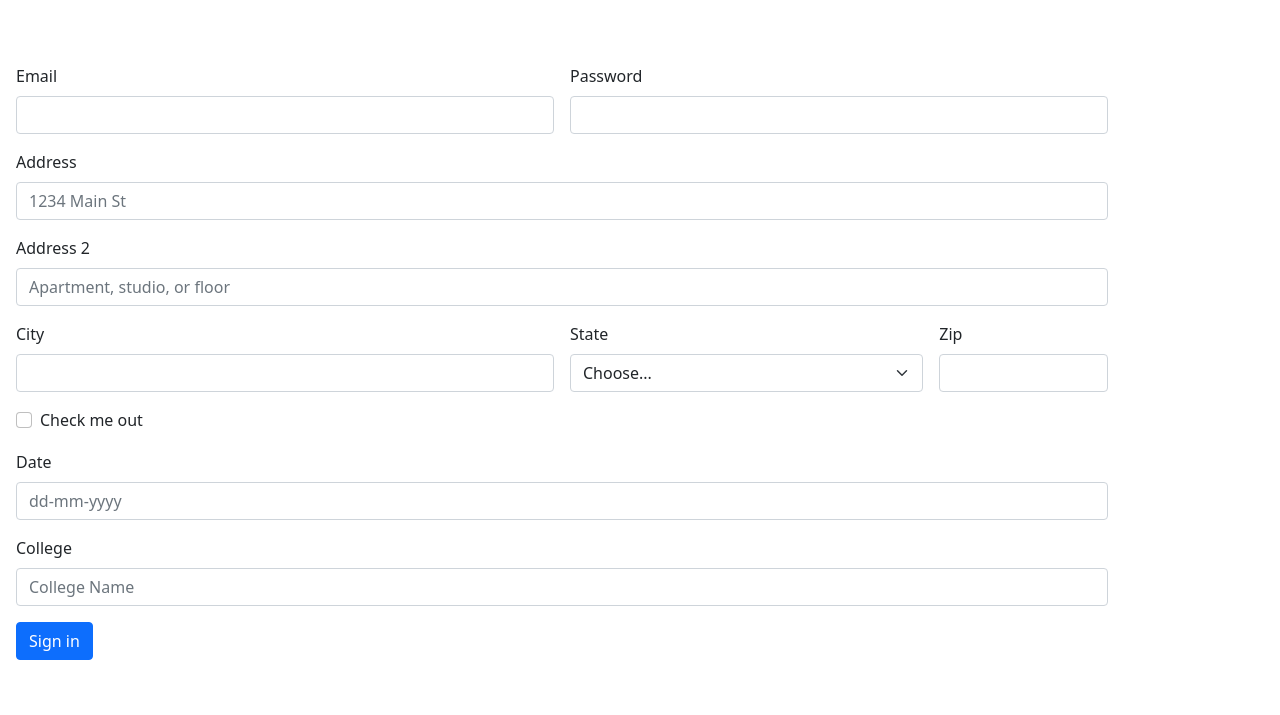
Repository: arbazkhanmadani/Spring-MVC-Work
Page: http://localhost/spring-mvc/WEB-INF/views/complexForm.jsp
These files come from the project's save history. The page is drawn as it stood at one moment and after a run of saves; the edit follows.
The browser window is 1280 px wide. The pictures show the whole page.
The page is served by Tomcat 9. Nobody is signed in. Other server files are loaded and not shown. The template is opened directly, without the code that normally fills it, so the values that code supplies are empty.

Above is the page before, as saved 2024-07-03 13:18:31.

### spring-mvc/src/main/webapp/WEB-INF/views/complexForm.jsp
<%@ page language="java" contentType="text/html; charset=ISO-8859-1"
    pageEncoding="ISO-8859-1"%>
<%@ taglib prefix="sform" uri="http://www.springframework.org/tags/form" %>

<!DOCTYPE html>
<html>
<head>
<meta charset="ISO-8859-1">
<title>Insert title here</title>
<link href="https://cdn.jsdelivr.net/npm/bootstrap@5.0.2/dist/css/bootstrap.min.css" rel="stylesheet">
<script src="https://cdn.jsdelivr.net/npm/bootstrap@5.0.2/dist/js/bootstrap.bundle.min.js"></script>
</head>
<body>

<%
	String s = request.getParameter("error");
	if(s!=null){
%>
<%= s %>
<%}%>

<form name="person" class="container row g-3 mt-5" action="complex-form-submit" method="post" >
  <div class="col-md-6">
    <label for="inputEmail4" class="form-label">Email</label>
    <input type="email" name="email" class="form-control" id="inputEmail4">
  </div>
  <div class="col-md-6">
    <label for="inputPassword4" class="form-label">Password</label>
    <input type="password" name="pass" class="form-control" id="inputPassword4">
  </div>
  <div class="col-12">
    <label for="inputAddress" class="form-label">Address</label>
    <input type="text" name="addr1" class="form-control" id="inputAddress" placeholder="1234 Main St">
  </div>
  <div class="col-12">
    <label for="inputAddress2" class="form-label">Address 2</label>
    <input type="text" name="addr2" class="form-control" id="inputAddress2" placeholder="Apartment, studio, or floor">
  </div>
  <div class="col-md-6">
    <label for="inputCity" class="form-label">City</label>
    <input type="text" name="city" class="form-control" id="inputCity">
  </div>
  <div class="col-md-4">
    <label for="inputState" class="form-label">State</label>
    <select id="inputState" name="state" class="form-select">
      <option selected>Choose...</option>
      <option>madhya pradesh</option>
      <option>uttar pradesh</option>
      <option>himachal pradesh</option>

    </select>
  </div>
  <div class="col-md-2">
    <label for="inputZip" class="form-label">Zip</label>
    <input type="text" name="zip" class="form-control" id="inputZip">
  </div>
  <div class="col-12">
    <div class="form-check">
      <input class="form-check-input" name="check" type="checkbox" id="gridCheck">
      <label class="form-check-label" for="gridCheck">
        Check me out
      </label>
    </div>
  </div>
   <div class="col-12">
    <label for="inputAddress2" class="form-label">Date</label>
    <input type="text" name="date" class="form-control" id="inputAddress2" placeholder="dd-mm-yyyy">
  </div>

  <div class="col-12">
    <label for="inputAddress2" class="form-label">College</label>
    <input type="text" name="college.collegeName" class="form-control" placeholder="College Name">
  </div>

  <div class="col-12">
    <button type="submit" class="btn btn-primary">Sign in</button>
  </div>
</form>
</body>
</html>

After the next 6 saves:
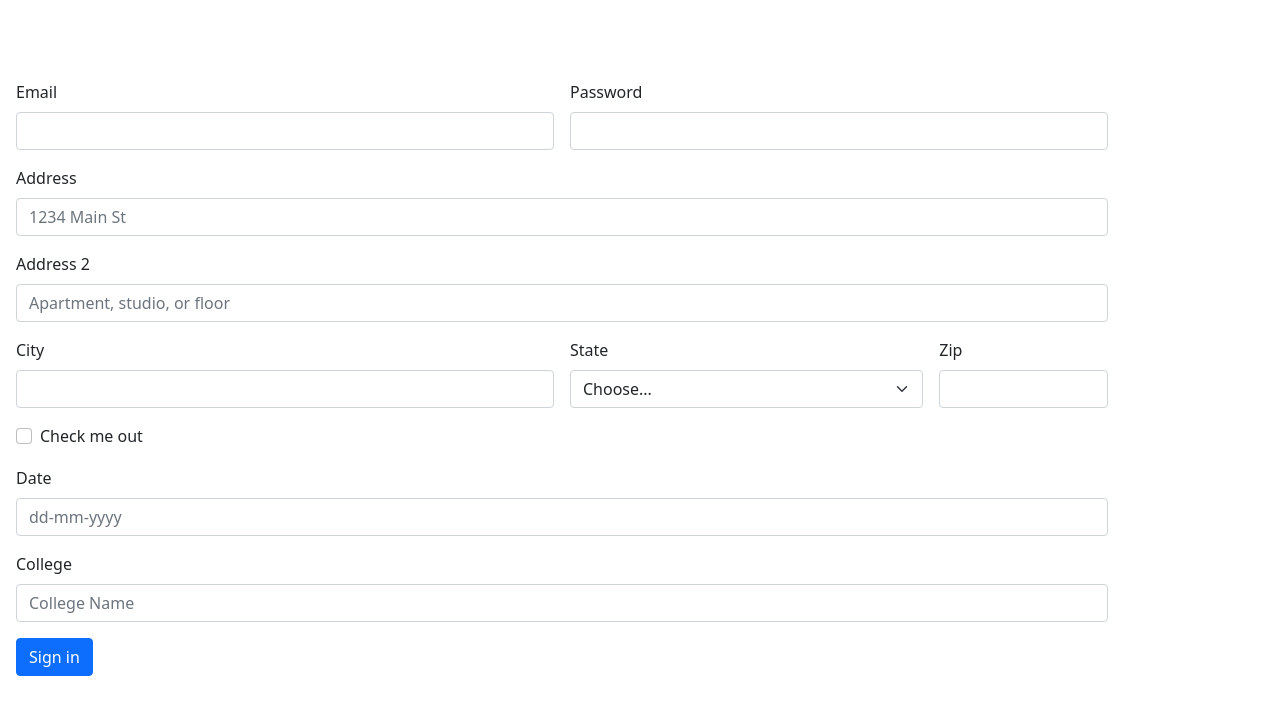
The 6 saves are shown as one change because 3 did not build or start and some came seconds apart.
The last was saved 3 min 0 s later.
--- a/spring-mvc/src/main/webapp/WEB-INF/views/complexForm.jsp
+++ b/spring-mvc/src/main/webapp/WEB-INF/views/complexForm.jsp
@@ -1,6 +1,6 @@
 <%@ page language="java" contentType="text/html; charset=ISO-8859-1"
     pageEncoding="ISO-8859-1"%>
-<%@ taglib prefix="sform" uri="http://www.springframework.org/tags/form" %>
+<%@ taglib prefix="form" uri="http://www.springframework.org/tags/form" %>
 
 <!DOCTYPE html>
 <html>
@@ -20,6 +20,10 @@
 <%}%>
 
 <form name="person" class="container row g-3 mt-5" action="complex-form-submit" method="post" >
+
+	<div id="spring-error">
+			<sform:errors path=""></sform>
+	</div>
   <div class="col-md-6">
     <label for="inputEmail4" class="form-label">Email</label>
     <input type="email" name="email" class="form-control" id="inputEmail4">
